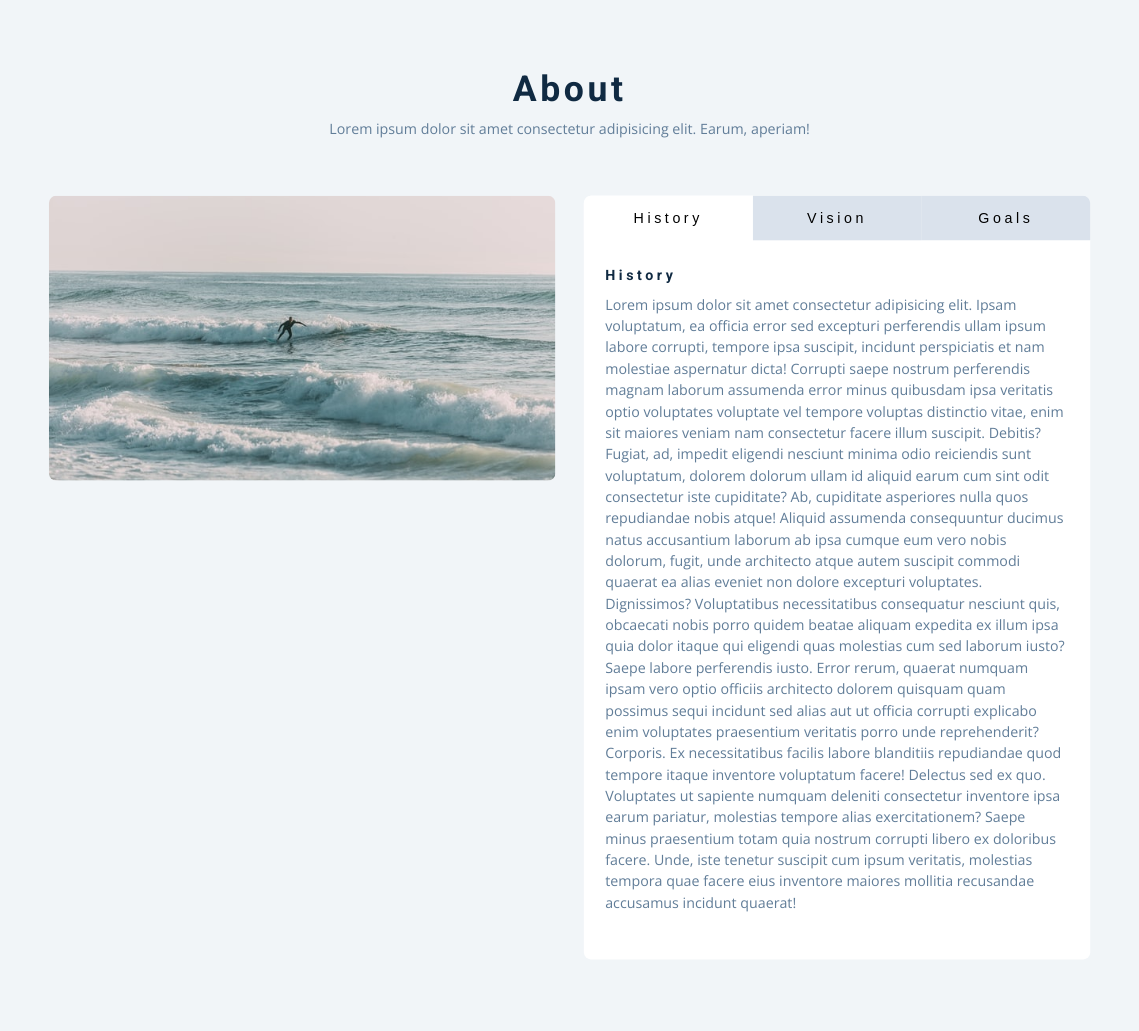
Repository: DogukanSAVA/JavascriptLearn
Page: TabsProject/index.html
An editor plug-in stored every save of this project. The page is shown before and after the next save, followed by the edit.
The browser window is 1280 px wide. The pictures show the whole page, at 89% of full size.

Above is the page before, as saved 2021-09-14 15:14:55.

After the next save:
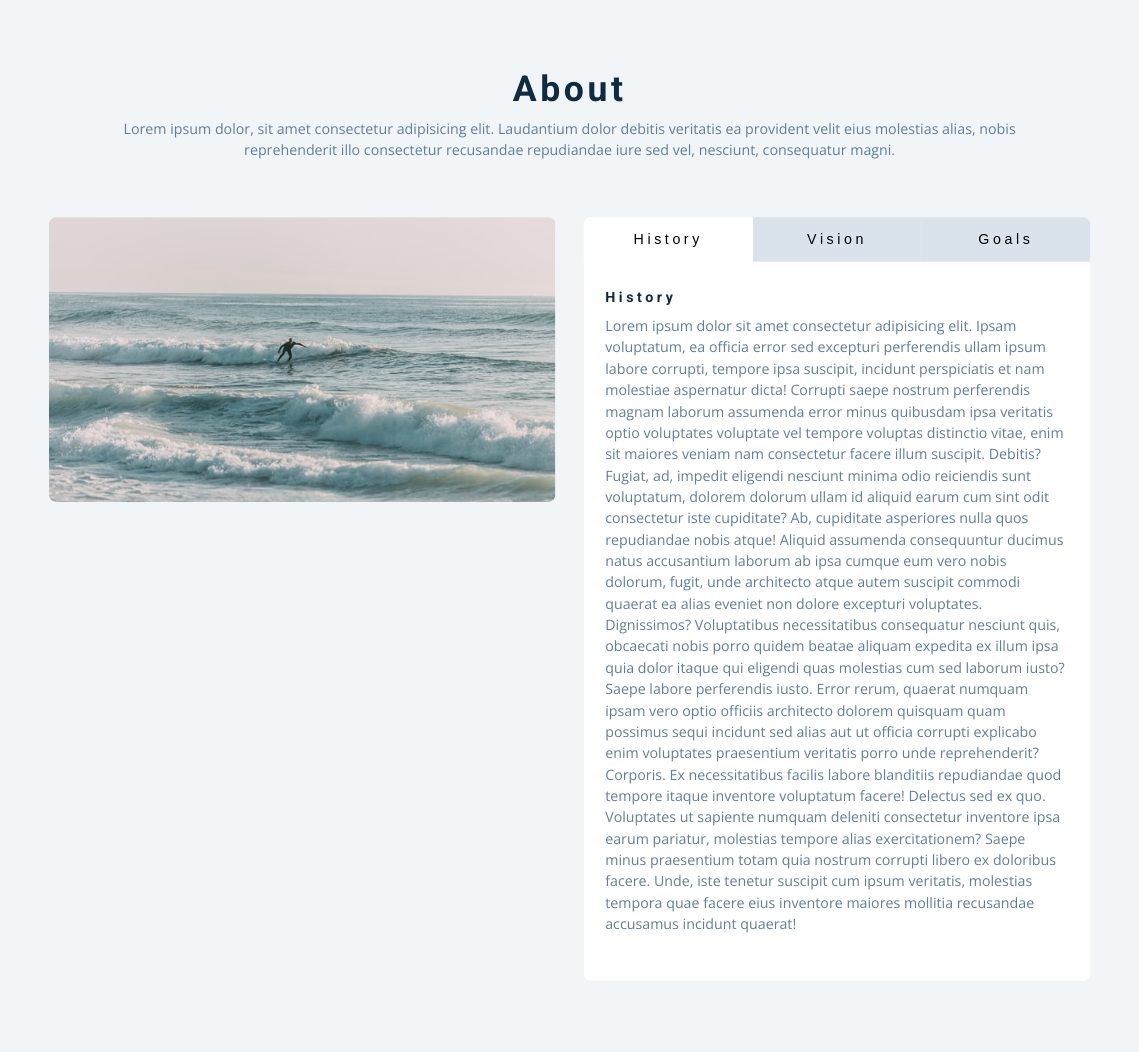
Saved 13 s later.
--- a/TabsProject/index.html
+++ b/TabsProject/index.html
@@ -15,8 +15,7 @@
                     <div class="title">
                               <h2>about</h2>
                               <p>
-                                        Lorem ipsum dolor sit amet consectetur adipisicing elit. Earum,
-                                        aperiam!
+                                       Lorem ipsum dolor, sit amet consectetur adipisicing elit. Laudantium dolor debitis veritatis ea provident velit eius molestias alias, nobis reprehenderit illo consectetur recusandae repudiandae iure sed vel, nesciunt, consequatur magni.
                               </p>
                     </div>
 
